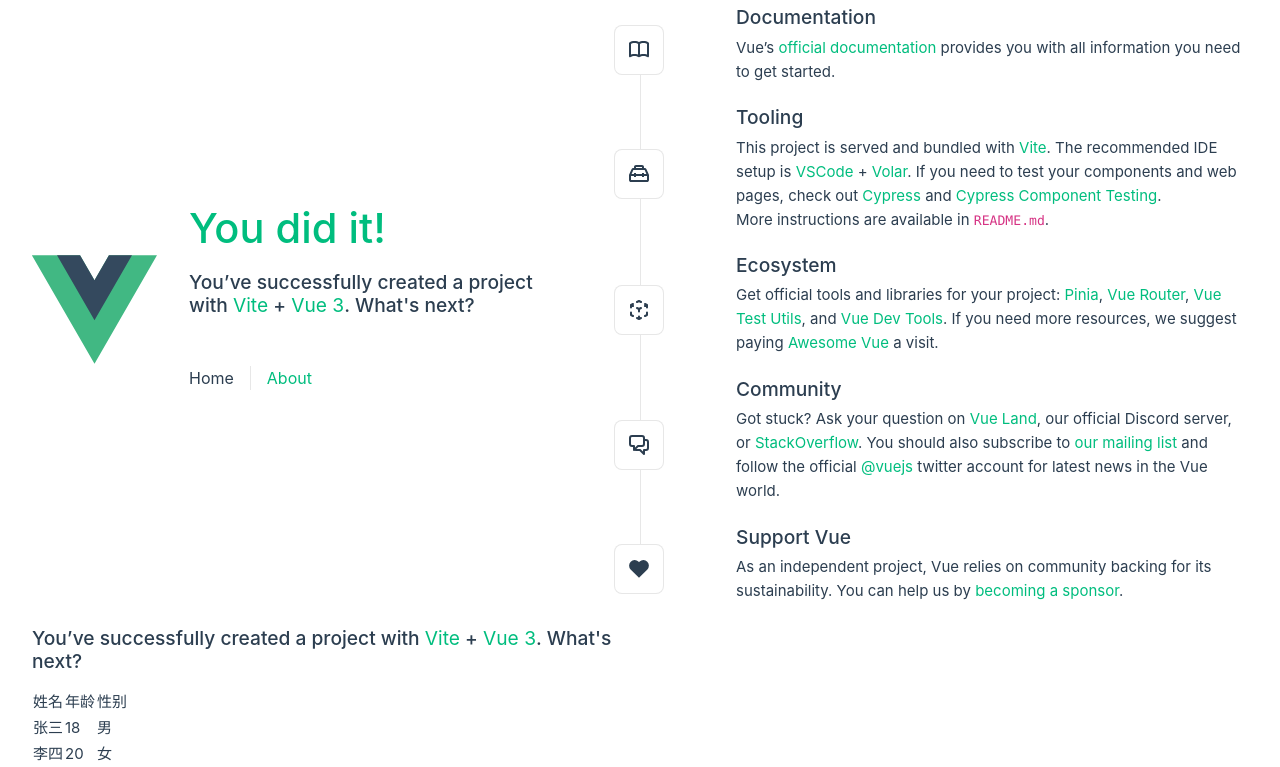
Repository: yuandinghh/vue
Page: /
The author's editor kept a copy of each file at every save. The page is drawn from the files as they stood at one save, then again after the next save.
The browser window is 1280 px wide. The pictures show the whole page.
The project was rebuilt for these pictures with package versions that can differ from the ones it lists, and the page was loaded fresh each time. Also part of the build but not shown: vite.config.ts.

Above is the page before, as saved 2023-03-21 23:45:49.

After the next save:
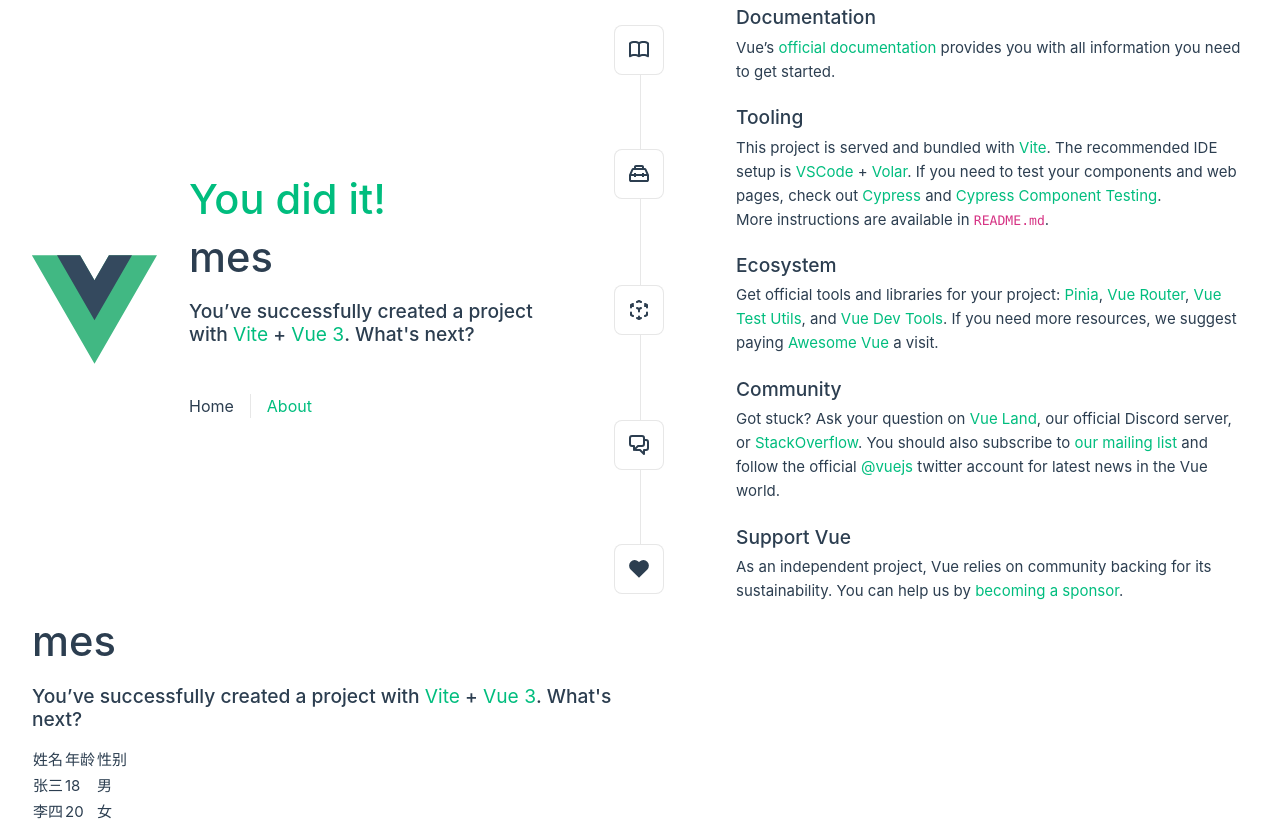
Saved 2 min 57 s later.
--- a/src/components/HelloWorld.vue
+++ b/src/components/HelloWorld.vue
@@ -30,7 +30,7 @@
 <template>
   <div class="greetings">
     <h1 class="green">{{ msg }}</h1>
-    <h1>{{mes}}</h1>
+    <h1>{{mes}}mes</h1>
     <h3>
       You’ve successfully created a project with
       <a
